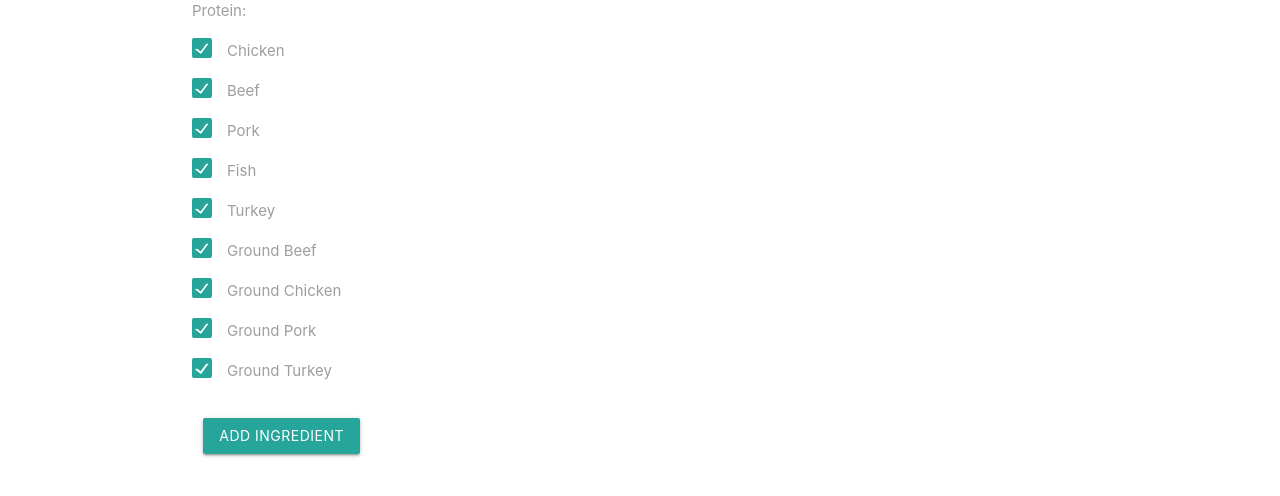
Repository: Aaron-R-Carter/Project1
Page: prototype.html
These files come from the project's save history. The page is drawn as it stood at one moment and after the next save; the edit follows.
The browser window is 1280 px wide. The pictures show the whole page.

Above is the page before, as saved 2019-10-31 23:01:02.
Console error: SyntaxError: Unexpected token '<'

After the next save:
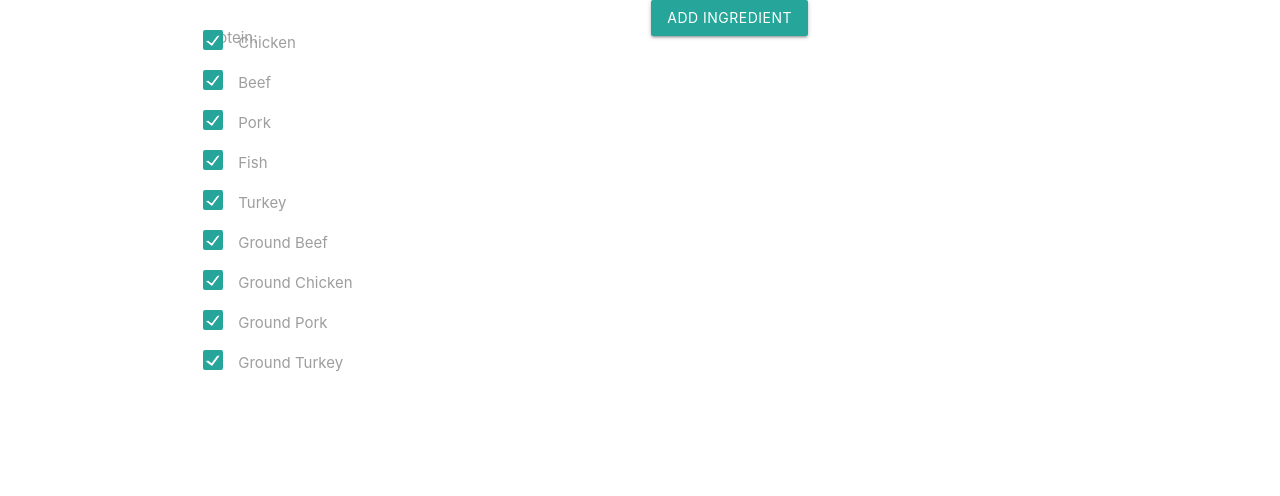
Saved 6 min 19 s later.
--- a/prototype.html
+++ b/prototype.html
@@ -16,7 +16,7 @@
 
     <div class="container">
         <div id="check-box" class="row">
-            <td </td>
+                <div class="input-field col s6">
             <label type="text" class="label">Protein:</label>
             <form action="#">
                 <p>
